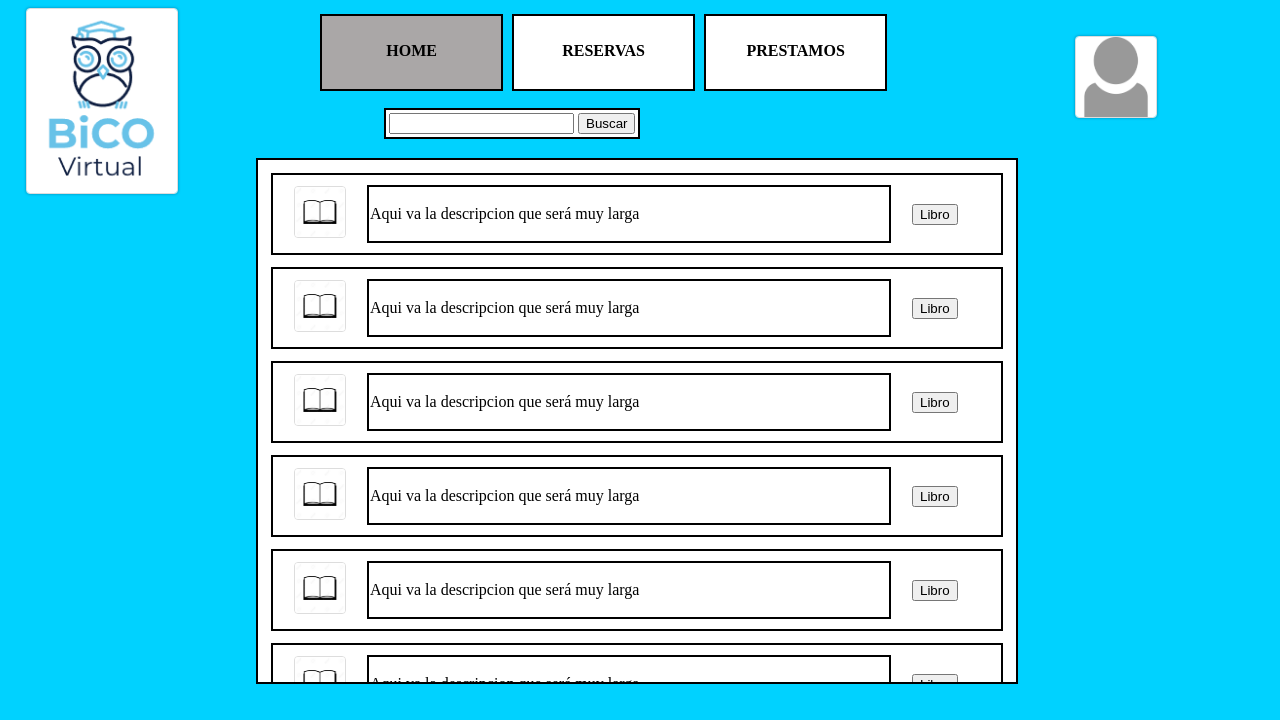
Repository: i72frpeu/IW_Bien
Page: http://localhost/Trabajo_IW/Home (Admin).jsp
These files come from the project's save history. The page is drawn as it stood at one moment and after the next save; the edit follows.
The browser window is 1280 px wide. The pictures show the whole page.
An inner scrolling area shows only its first screen. The page is served by Tomcat 9.

Above is the page before, as saved 2020-05-16 17:40:40.

After the next save:
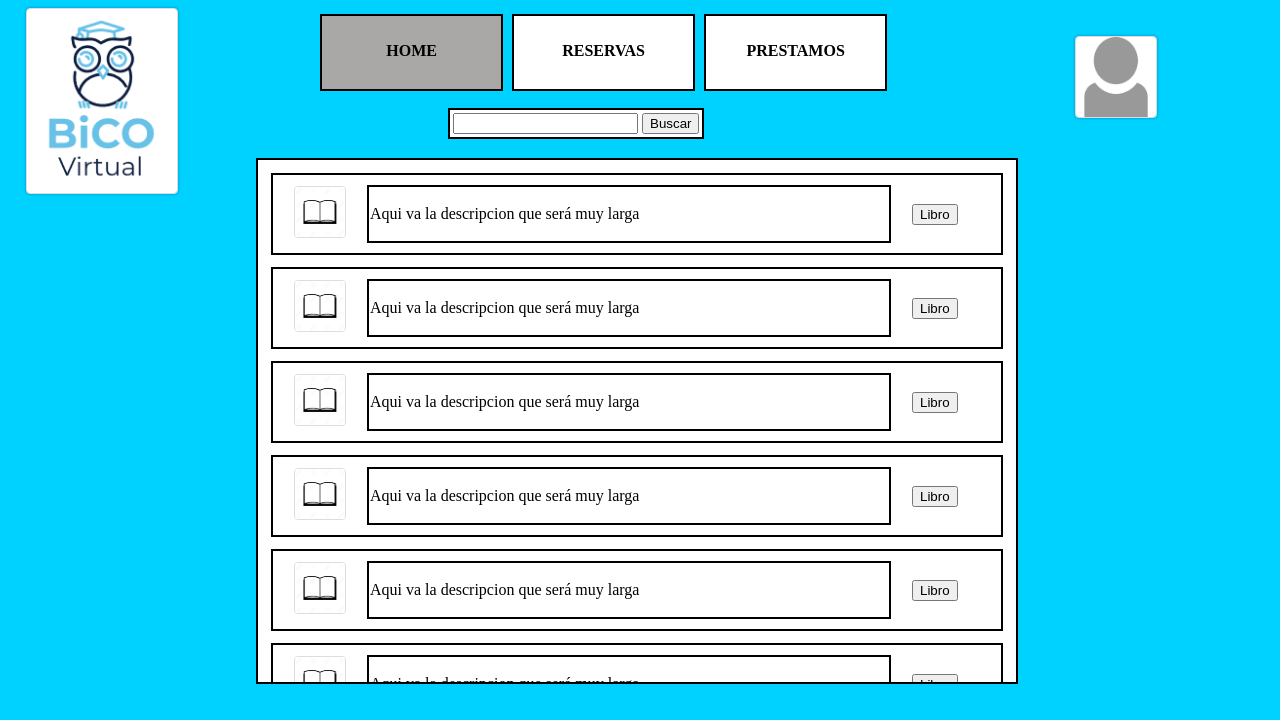
Saved 13 s later.
--- a/WorkSpace/Trabajo IW/WebContent/CSS/wf4.0.css
+++ b/WorkSpace/Trabajo IW/WebContent/CSS/wf4.0.css
@@ -9,5 +9,5 @@ div.buscador
 	border: 2px solid black;
 	position: fixed;
 	top: 15%;
-	left: 30%;
+	left: 35%;
 }
